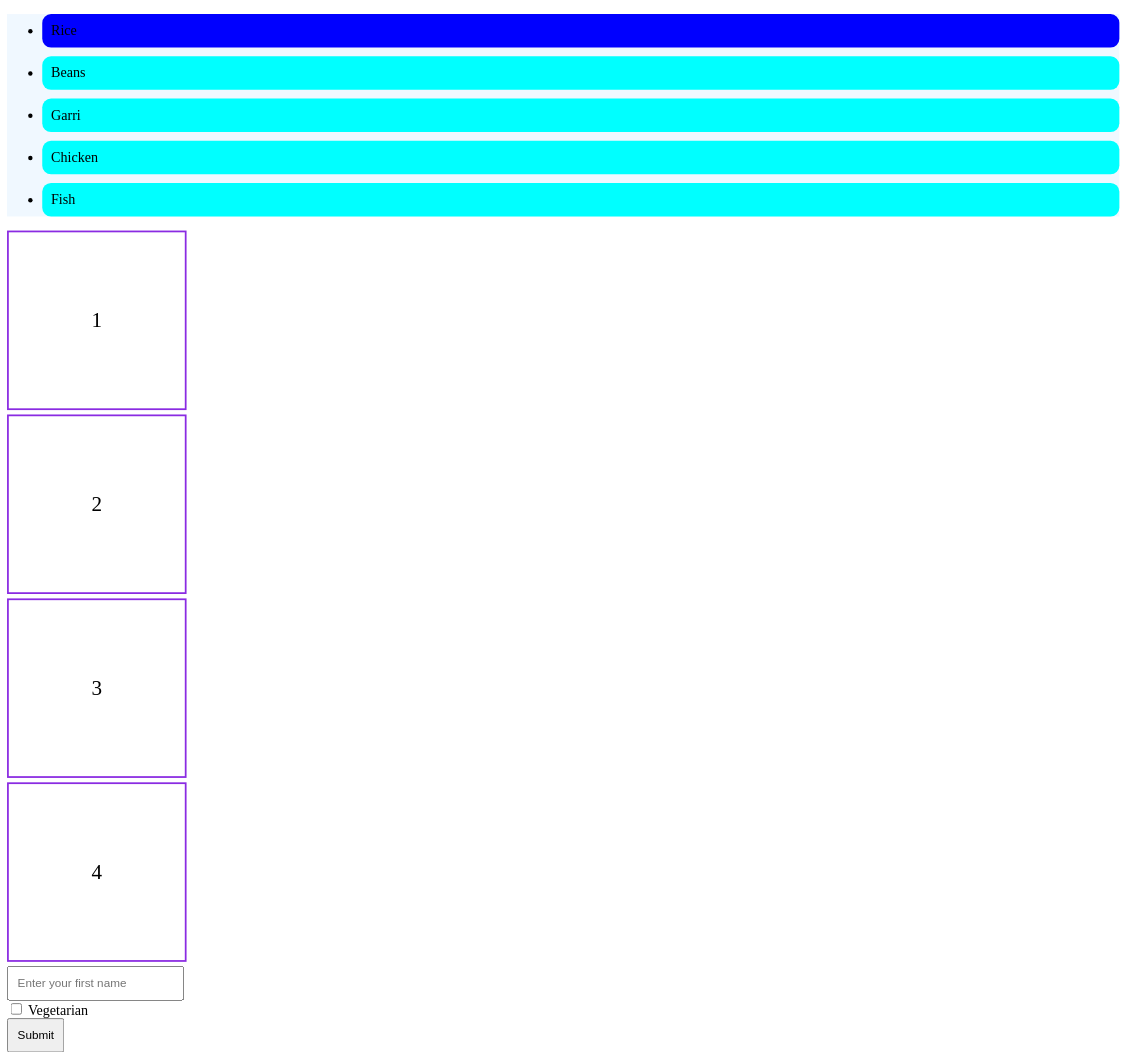
Repository: latenightsnacc/HTML-LESSONS
Page: WEB-DESIGN-2/lessons/pseudoClasses.html
These files come from the project's save history. The page is drawn as it stood at one moment and after the next save; the edit follows.
The browser window is 1280 px wide. The pictures show the whole page, at 88% of full size.

Above is the page before, as saved 2021-09-28 12:21:13.

After the next save:
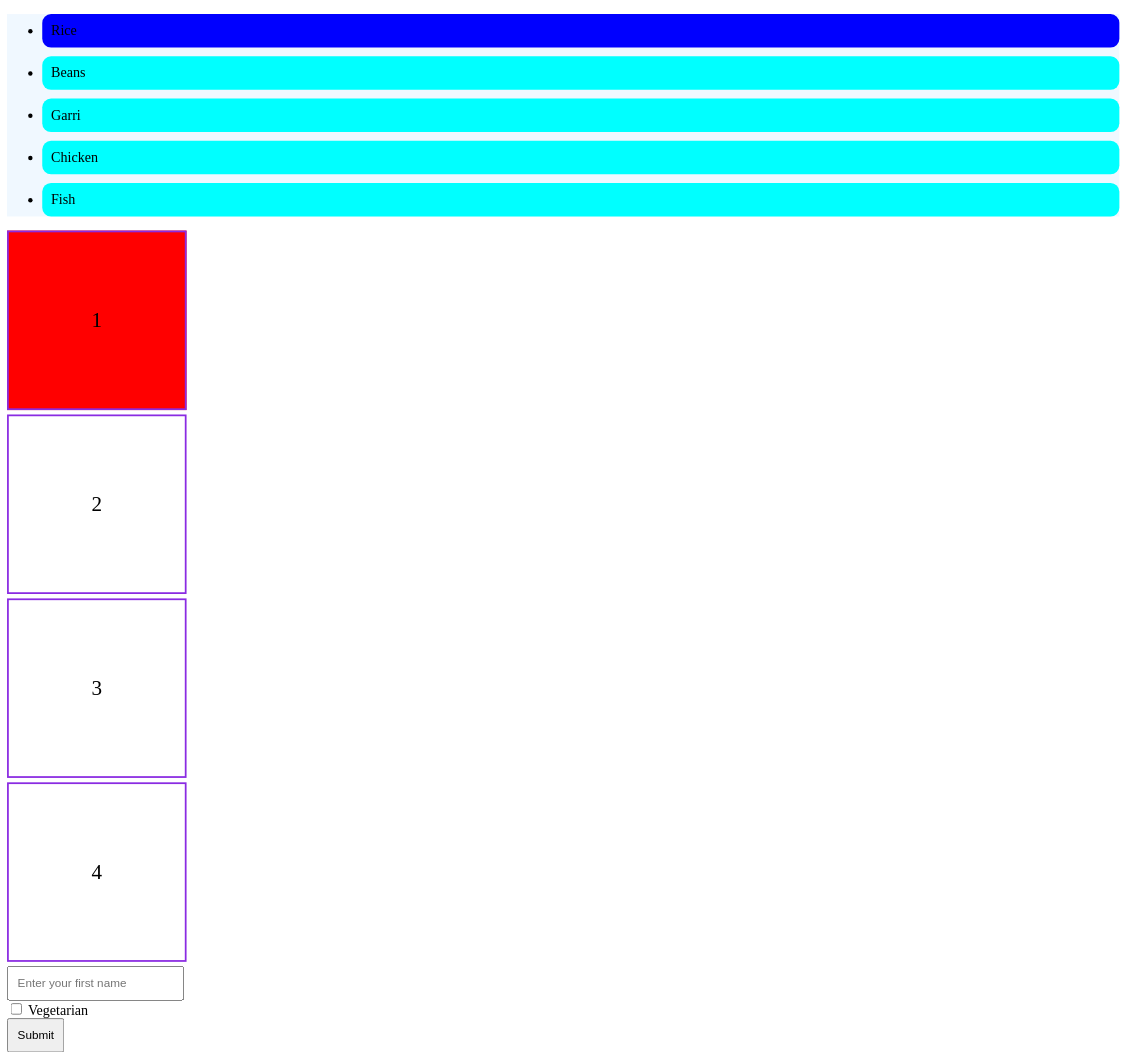
Saved 17 s later.
--- a/WEB-DESIGN-2/lessons/pseudoClasses.html
+++ b/WEB-DESIGN-2/lessons/pseudoClasses.html
@@ -42,7 +42,7 @@
             align-items: center;
             font-size: x-large;
         }
-        .grid div:first {
+        .grid div:first-child {
             background-color: red;
         }
     </style>

After the save that followed:
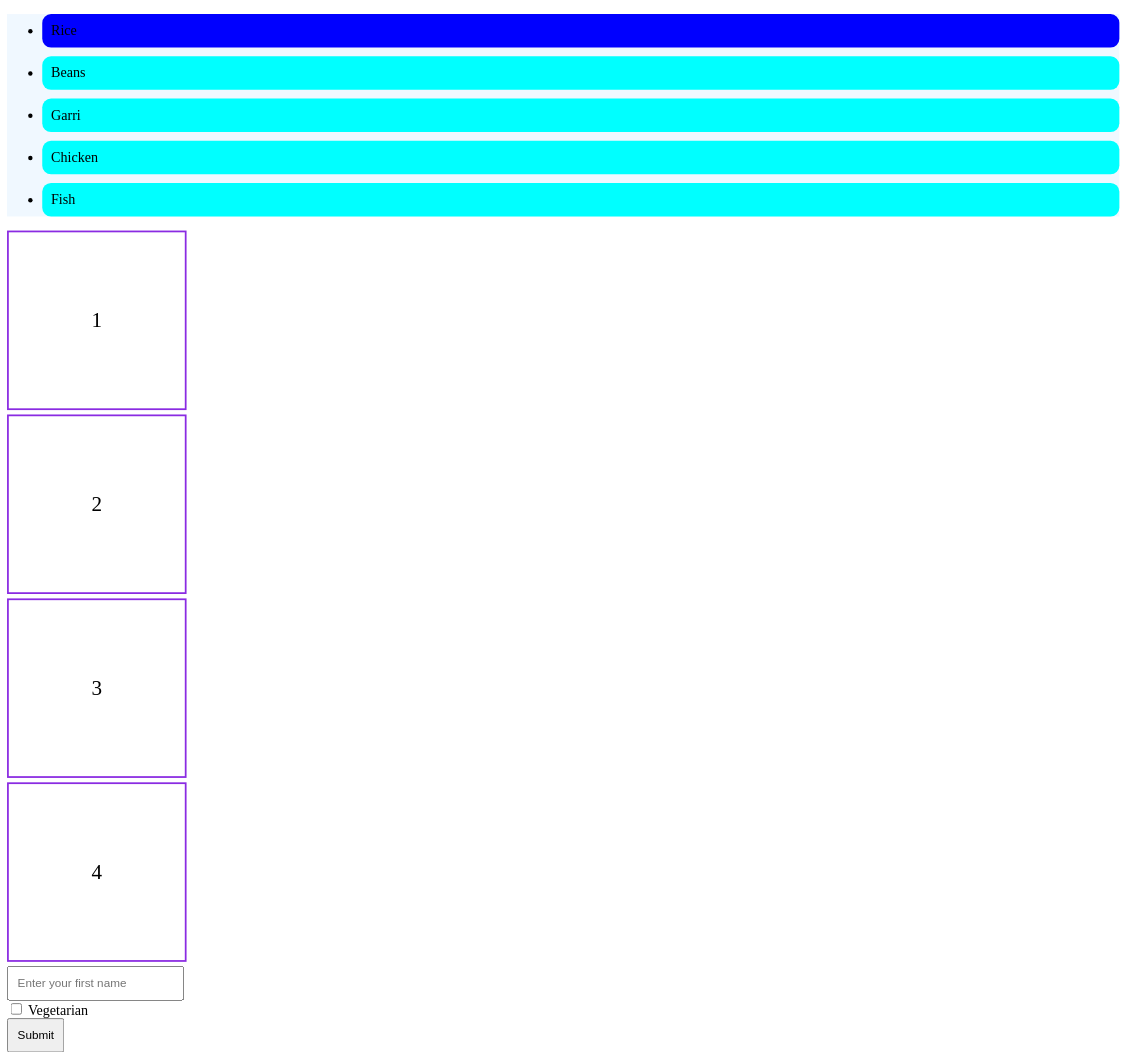
Saved 46 s later.
--- a/WEB-DESIGN-2/lessons/pseudoClasses.html
+++ b/WEB-DESIGN-2/lessons/pseudoClasses.html
@@ -42,7 +42,7 @@
             align-items: center;
             font-size: x-large;
         }
-        .grid div:first-child {
+        .grid div:nth-last-child() {
             background-color: red;
         }
     </style>
